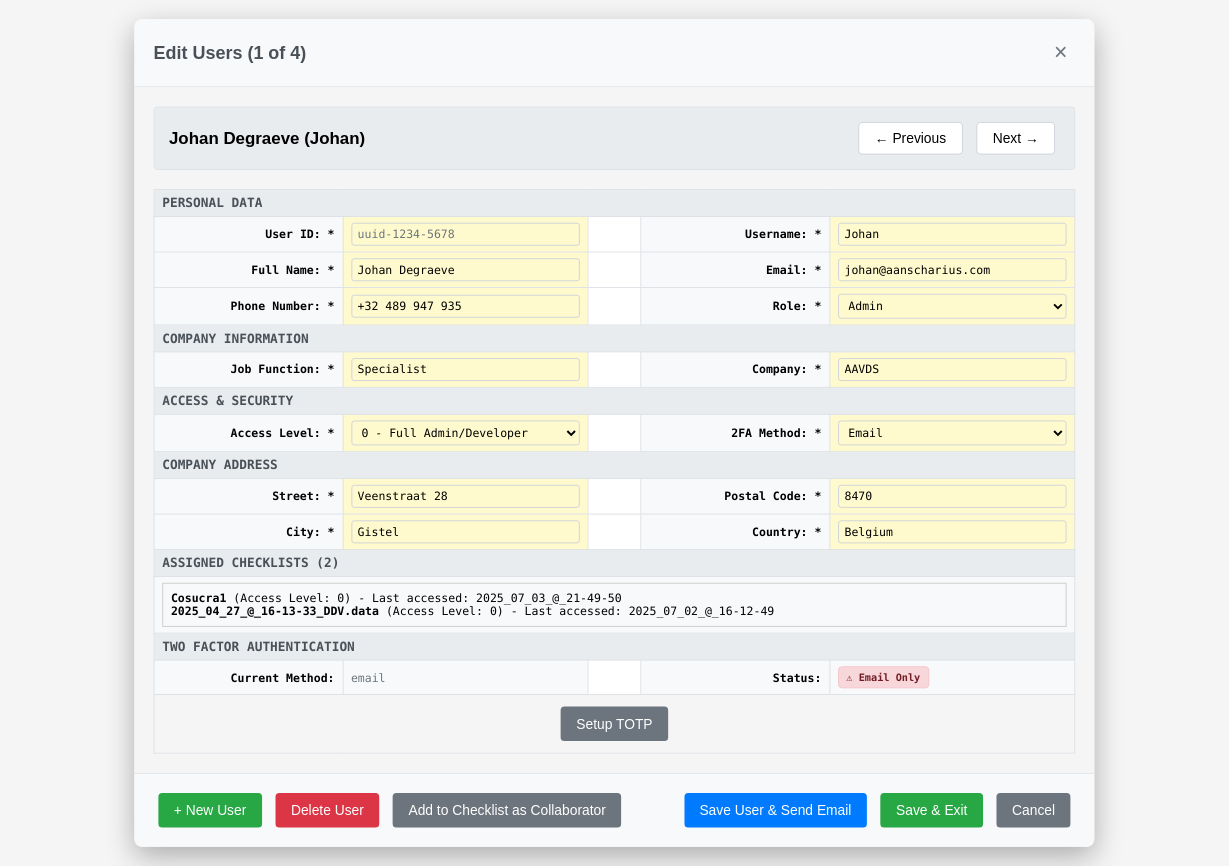
Repository: jeedee23/checklistrepo
Page: checklists/user-management-demo.html
The author's editor kept a copy of each file at every save. The page is drawn from the files as they stood at one save, then again after the next save.
The browser window is 1280 px wide. The pictures show the whole page, at 96% of full size.

Above is the page before, as saved 2025-07-04 14:09:13.

After the next save:
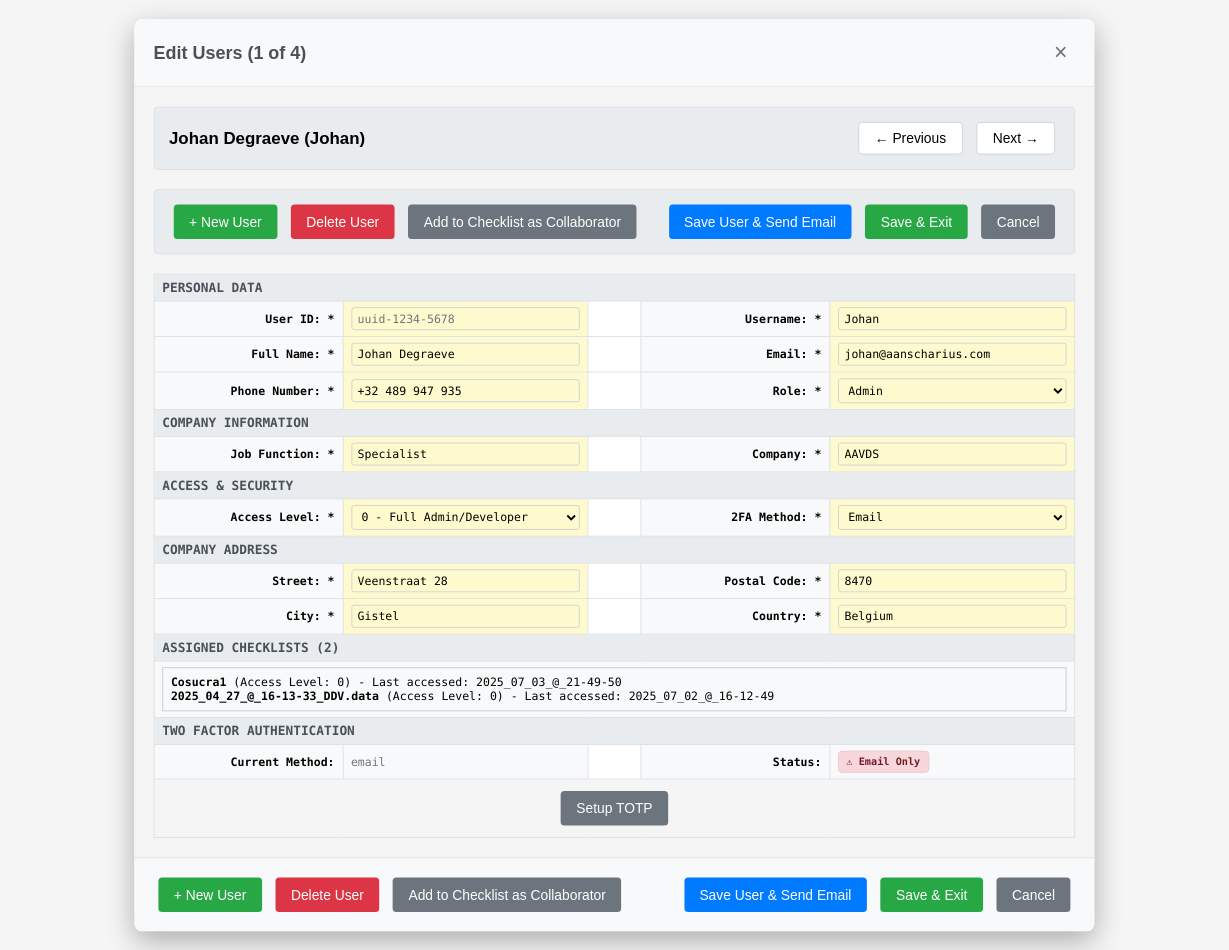
Saved 46 s later.
--- a/checklists/user-management-demo.html
+++ b/checklists/user-management-demo.html
@@ -224,6 +224,20 @@
                 <div>
                     <button>← Previous</button>
                     <button>Next →</button>
+                </div>
+            </div>
+
+            <!-- Action buttons moved to top -->
+            <div style="margin-bottom: 20px; padding: 15px; background: #e9ecef; border-radius: 4px; border: 1px solid #dee2e6; display: flex; justify-content: space-between; align-items: center;">
+                <div>
+                    <button class="btn btn-success">+ New User</button>
+                    <button class="btn btn-danger">Delete User</button>
+                    <button class="btn btn-secondary">Add to Checklist as Collaborator</button>
+                </div>
+                <div>
+                    <button class="btn btn-primary">Save User & Send Email</button>
+                    <button class="btn btn-success">Save & Exit</button>
+                    <button class="btn btn-secondary">Cancel</button>
                 </div>
             </div>
 
